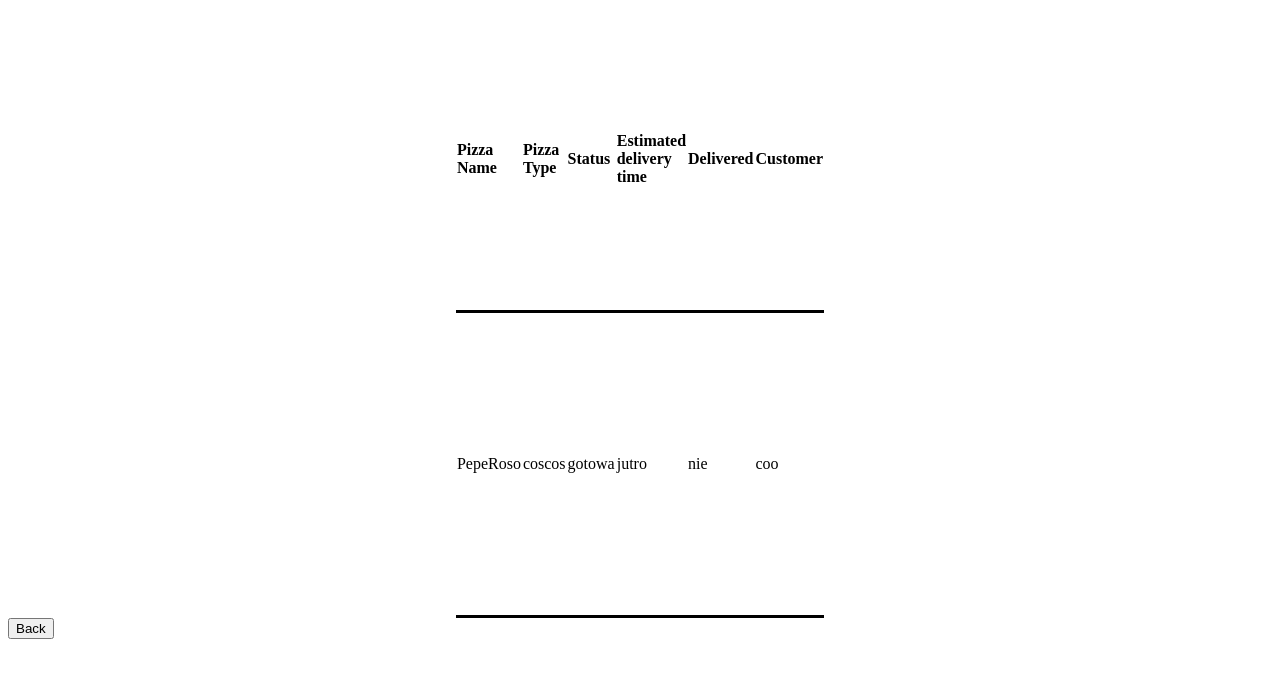
Repository: wisni4k/html-trainee
Page: testWeb/WebContent/OrdersList.html
These files come from the project's save history. The page is drawn as it stood at one moment and after the next save; the edit follows.
The browser window is 1280 px wide. The pictures show the whole page.

Above is the page before, as saved 2015-07-10 13:17:58.

### testWeb/WebContent/OrdersList.html
<!DOCTYPE html>
<html>
<head>
<meta charset="UTF-8">
<title>Insert title here</title>
<link rel="stylesheet" type="text/css" href="TableStyle.css">
</head>
<body>

	<table>
		<tr>
			<td><b>Pizza Name</b></td>
			<td><b>Pizza Type</b></td>
			<td><b>Status </b></td>
			<td><b>Estimated delivery time</b></td>
			<td><b>Delivered</b></td>
			<td><b>Customer</b></td>

		</tr>
		<tr>
			<td>PepeRoso</td>
			<td>coscos</td>
			<td>gotowa</td>
			<td>jutro</td>
			<td>nie</td>
			<td>coo</td>
		</tr>
	</table>
	<form action="Formularz.html">
		<input type="submit" value="Back">
	</form>

</body>
</html>

### testWeb/WebContent/TableStyle.css
@CHARSET "UTF-8";

table ,td{
	border-collapse: collapse;
	border-bottom-style: solid;
	margin-left: auto;
	margin-right: auto;
	width:300px;
	height: 300px;
}

After the next save:
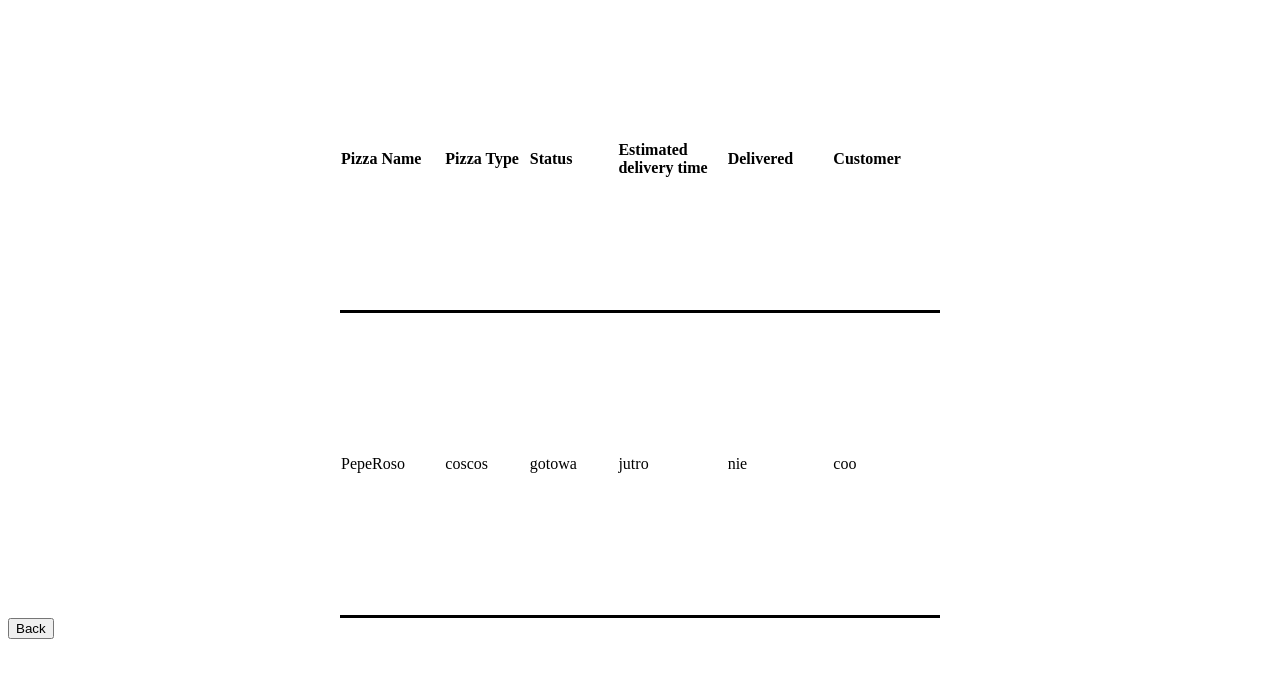
Saved 10 s later.
--- a/testWeb/WebContent/TableStyle.css
+++ b/testWeb/WebContent/TableStyle.css
@@ -5,6 +5,6 @@ table ,td{
 	border-bottom-style: solid;
 	margin-left: auto;
 	margin-right: auto;
-	width:300px;
+	width:600px;
 	height: 300px;
 }
